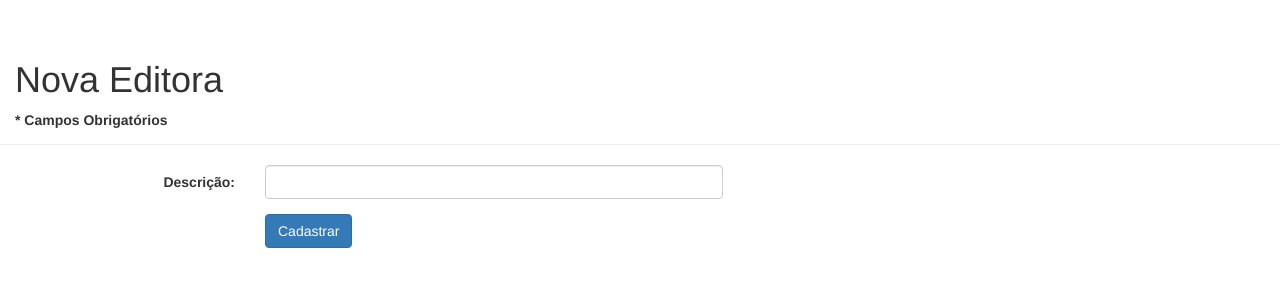
Repository: stefanyco/biblioteca
Page: http://localhost/Biblioteca/editoraAdicionar.jsp
The author's editor kept a copy of each file at every save. The page is drawn from the files as they stood at one save, then again after the next save.
The browser window is 1280 px wide. The pictures show the whole page.
The page is served by Tomcat 9. Other server files are loaded and not shown.

Above is the page before, as saved 2016-11-04 01:26:22.

### Sistema Biblioteca/Biblioteca/WebContent/editoraAdicionar.jsp
<%@ page language="java" contentType="text/html; charset=ISO-8859-1"
	pageEncoding="ISO-8859-1"%>
<!DOCTYPE html PUBLIC "-//W3C//DTD HTML 4.01 Transitional//EN" "http://www.w3.org/TR/html4/loose.dtd">
<html>
<head>
<meta http-equiv="Content-Type" content="text/html; charset=ISO-8859-1">
<link href="bootstrap.min.css" rel="stylesheet">
<title>*** Nova Editora ***</title>
</head>
<body>
	<div class="page-header col-md-12">
		<h1>Nova Editora</h1>
		<label>* Campos Obrigatórios</label>
	</div>
	<div class="container">
		<div class="row">
			<div class="col-xs-12">
				<form action="anuncioServlet" class="form-horizontal" method="post">
					<div class="form-group">
						<label for="nomeMerc" class="col-xs-2 control-label">Descrição:</label>
						<div class="col-xs-5">
							<input type="text" class="form-control" name="nome" required maxlength="50">
						</div>
					</div><div class="form-group">
						<div class="col-xs-offset-2 col-xs-10">
							<button type="submit" class="btn btn-primary">Cadastrar</button>
						</div>
					</div>
				</form>
			</div>
		</div>
	</div>
</body>
</html>

Loaded but not shown: Sistema Biblioteca/Biblioteca/WebContent/bootstrap.min.css (library)

After the next save:
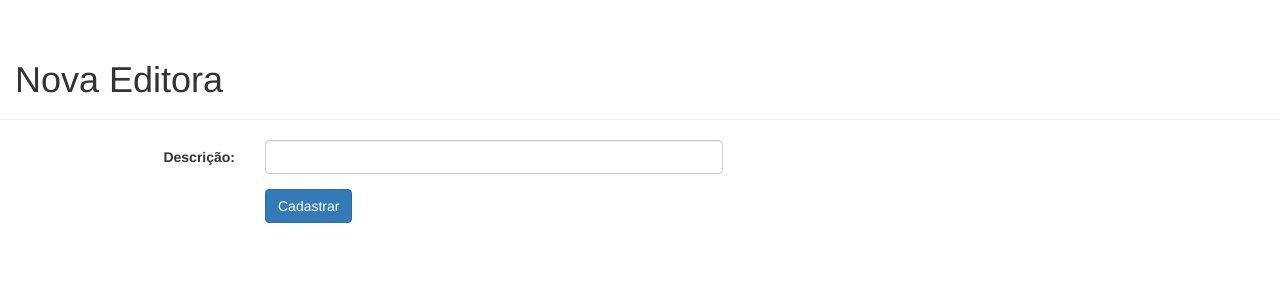
Saved 19 s later.
--- a/Sistema Biblioteca/Biblioteca/WebContent/editoraAdicionar.jsp
+++ b/Sistema Biblioteca/Biblioteca/WebContent/editoraAdicionar.jsp
@@ -10,7 +10,6 @@
 <body>
 	<div class="page-header col-md-12">
 		<h1>Nova Editora</h1>
-		<label>* Campos Obrigatórios</label>
 	</div>
 	<div class="container">
 		<div class="row">
